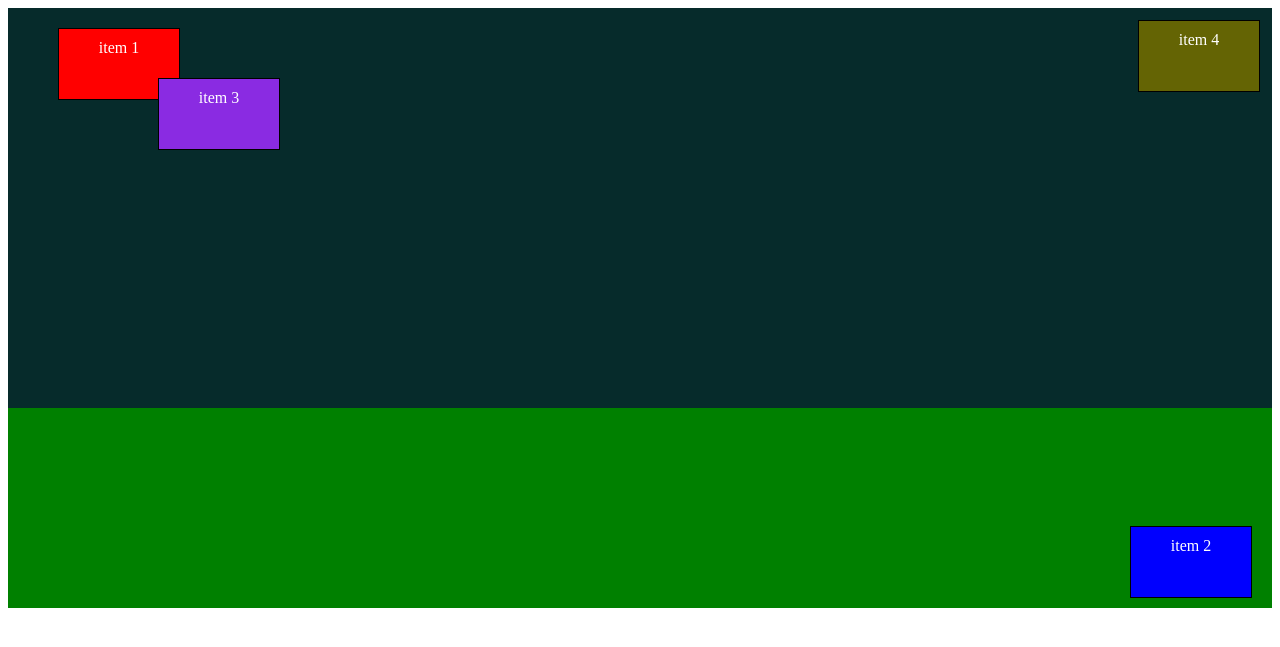
Repository: nmaury/TpsCambodge
Page: InternetProgramming/Css/sample.html
An editor plug-in stored every save of this project. The page is shown before and after the next save, followed by the edit.
The browser window is 1280 px wide. The pictures show the whole page.

Above is the page before, as saved 2022-12-06 02:55:14.

After the next save:
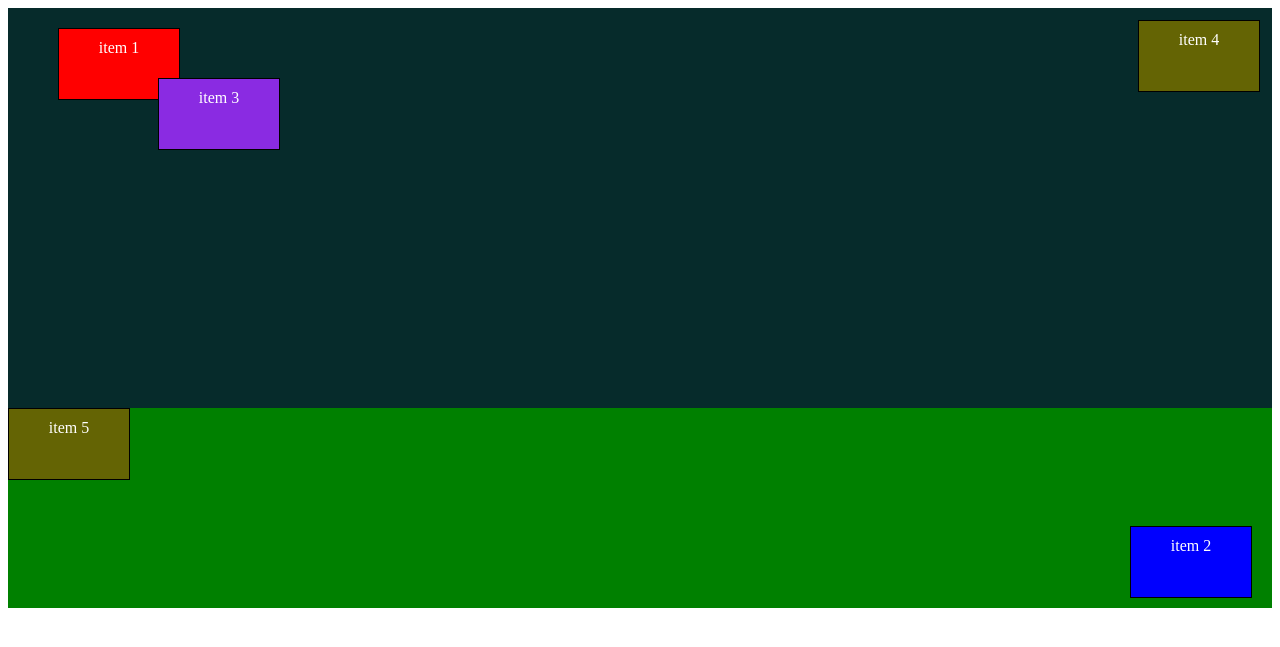
Saved 19 s later.
--- a/InternetProgramming/Css/sample.html
+++ b/InternetProgramming/Css/sample.html
@@ -14,6 +14,8 @@
         </div>
     </div>
     <div class="parent2">
+        <div class="item item5">item 5
+        </div>
         <div class="item item2">item 2
         </div>
     </div>
